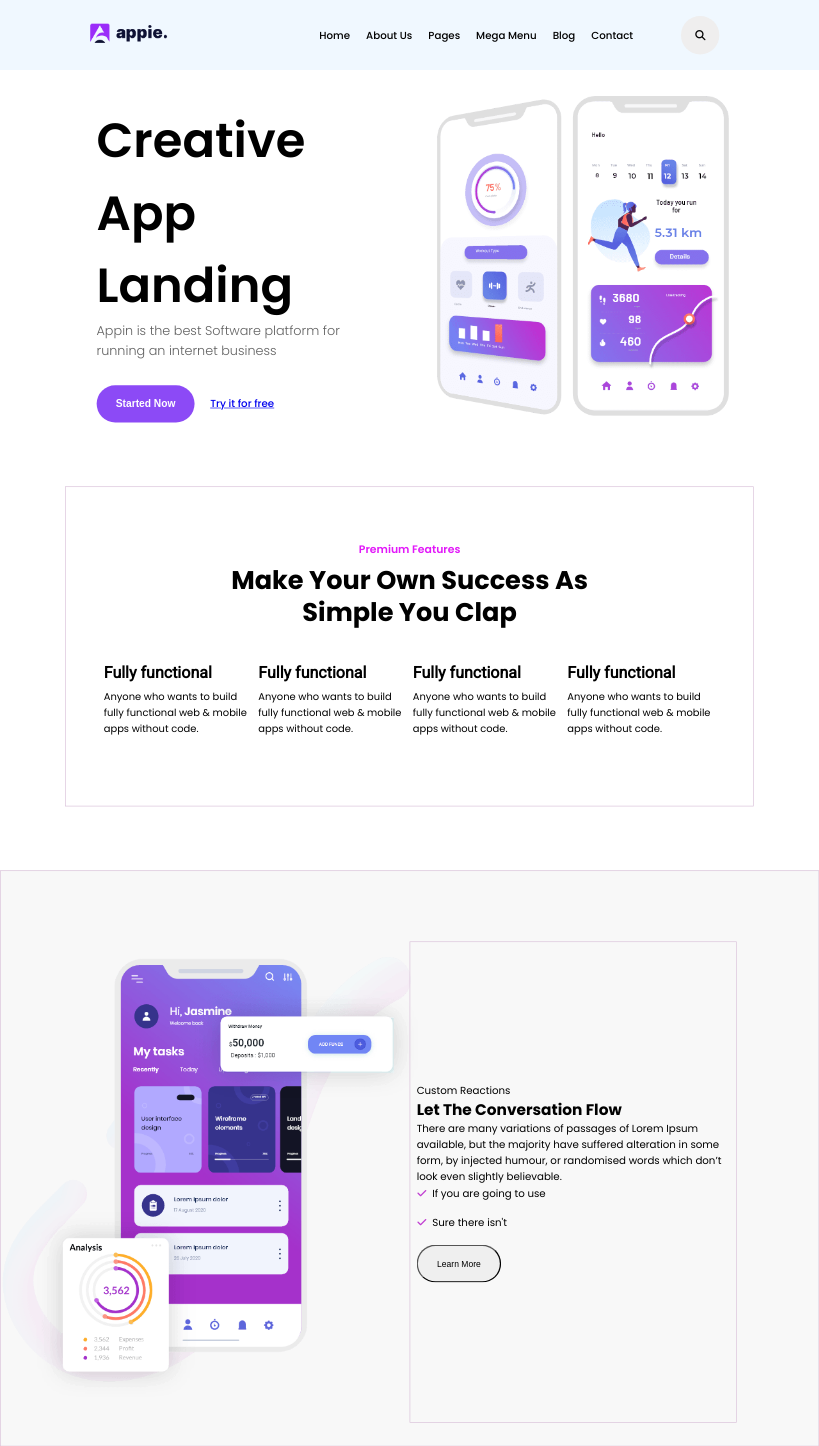
Repository: northpx/landingpage
Page: index.html
These files come from the project's save history. The page is drawn as it stood at one moment and after a run of saves; the edit follows.
The browser window is 1280 px wide. The pictures show the whole page, at 64% of full size.

Above is the page before, as saved 2022-12-28 16:01:17.

After the next 2 saves:
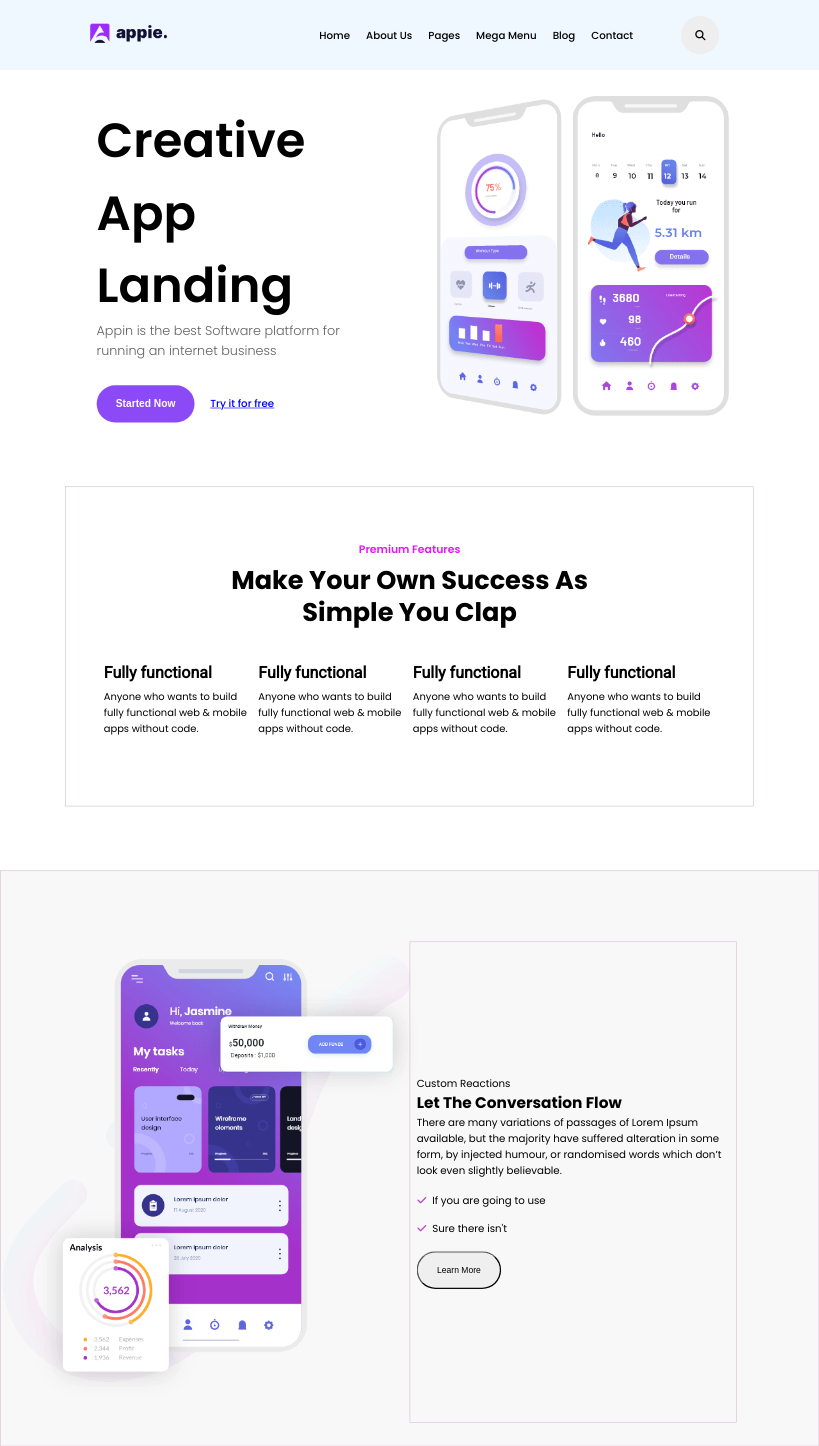
The 2 saves are shown as one change because they came seconds apart.
The last was saved 21 s later.
--- a/src/css/style.css
+++ b/src/css/style.css
@@ -237,7 +237,7 @@ h6{
 .content3 ul{
     list-style-type: none;
     line-height: 30px;
-    margin-bottom: 20px;
+    margin: 20px 0px;
 }
 .content3 li:nth-child(1){
     padding-bottom: 7px;
